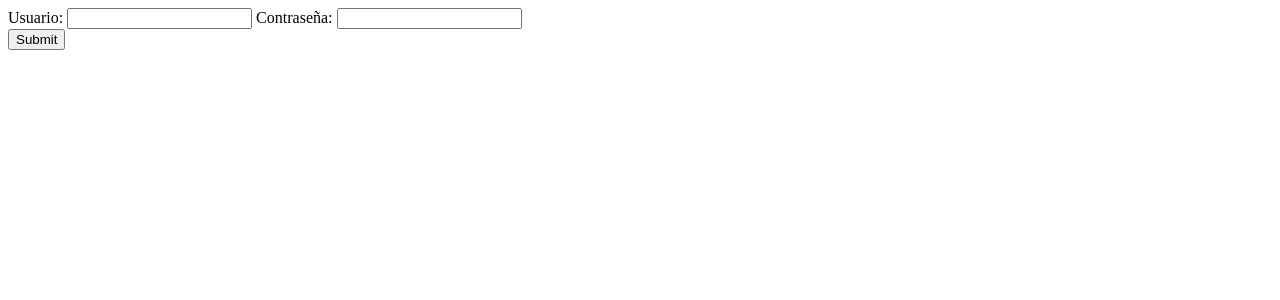
Repository: salvadorsobrino/Ejercicio5ServletJSP
Page: Ejercicio5/src/main/webapp/index.html
These files come from the project's save history. The page is drawn as it stood at one moment and after the next save; the edit follows.
The browser window is 1280 px wide. The pictures show the whole page.

Above is the page before, as saved 2022-03-11 09:21:48.

### Ejercicio5/src/main/webapp/index.html
<!DOCTYPE html>
<html>
<head>
<meta charset="UTF-8">
<title>Ejercicio5</title>
<link rel="icon" href="icono.png">
</head>
<body>
	<form action="Servlet" method="post">
	Usuario:
	<input type="text" name="usuario">
	Contraseña:
	<input type="password" name="contrasena">
	<br>
	<input type="submit">

	</form>
</body>
</html>

### Ejercicio5/src/main/webapp/index.css
/* Hoja de estilo index */
h1{
	 color: orange;
}
body{
	background-color: rgb(255, 255, 128);
    background-size: cover;
}
a:link {
    /* Enlaces no visitados */
    color: rgb(255, 128, 64);
}

a:visited {
    /* Enlaces visitados */
    color: rgb(255, 128, 0);
}

a:hover, a:focus {
    color: rgb(153, 72, 6);
    /* El usuario esta sobre el enlace */
}

a:active {
    color: rgb(255, 94, 0);
    /* El usuario hace click en el enlace */
}

After the next save:
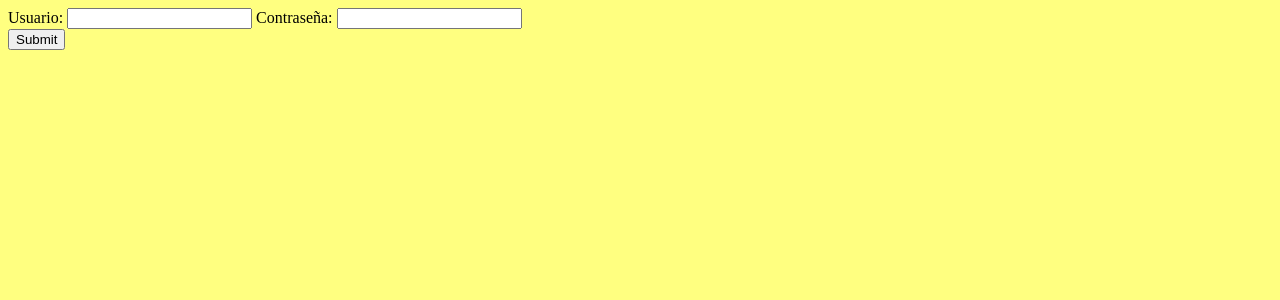
Saved 20 s later.
--- a/Ejercicio5/src/main/webapp/index.html
+++ b/Ejercicio5/src/main/webapp/index.html
@@ -2,6 +2,7 @@
 <html>
 <head>
 <meta charset="UTF-8">
+<link rel='stylesheet' type='text/css' media='screen' href='index.css'>
 <title>Ejercicio5</title>
 <link rel="icon" href="icono.png">
 </head>
